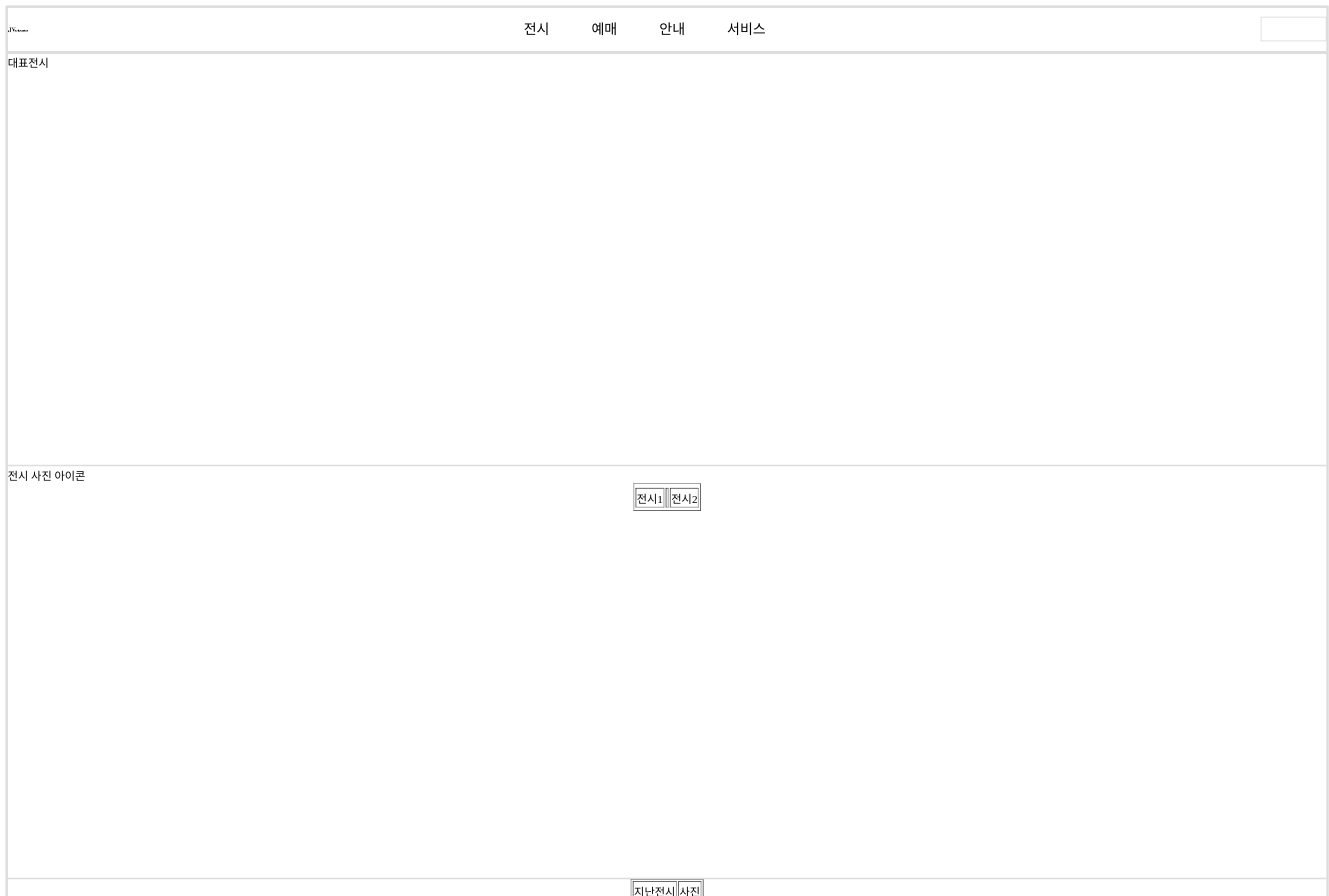
Repository: pshysd/SEMI_PROJECT
Page: http://localhost/JVArtCenter/
An editor plug-in stored every save of this project. The page is shown before and after the next save, followed by the edit.
The browser window is 1280 px wide. The page is 1898 px wide, so the pictures cover 1898 px, including what lies to the right of the window. The pictures show the part of the page from y = 0 to 1280 px (the page is 3296 px tall), at 70% of full size.
The page is served by Tomcat 9. Nobody is signed in. The application's start-up code is not run. Other server files are loaded and not shown.

Above is the page before, as saved 2022-10-21 11:09:11.

### JVArtCenter/WebContent/index.jsp
<%@ page language="java" contentType="text/html; charset=UTF-8"
    pageEncoding="UTF-8"%>
<%
	String contextPath = request.getContextPath();
%>
<!DOCTYPE html>
<html>
<head>
<meta charset="UTF-8">
<title>JV Art Center</title>
<style>
      .wrap {
        width: 1890px;
        height: 3280px;
      }

      div {
        border: 1px solid lightgray;
        box-sizing: border-box;
      }

      #header {
        height: 2%;
      }

      #body {
        margin: 0;
        font-family: "Nanum Gothic Coding", monospace;
      }

      a {
        text-decoration: none;
        color: black;
      }

      #search,
      #user,
      #calender {
        padding: 10px 12px;
      }

      #navbar {
        display: flex;
        justify-content: space-between;
        align-items: center;
        box-sizing: border-box;
        height: 100%;
      }

      #navbar_menu a {
        display: block;
        line-height: 35px;
      }

      #navbar_icons {
        font-size: 20px;
        display: flex;
        padding: 5px 10px;
      }

      #navbar_menu {
        display: flex;
        list-style: none;
        padding-left: 0;
        font-size: large;
        position: relative;
      }

      #navbar_menu > li {
        padding: 5px 30px;
        font-size: 20px;
        position: static;
      }

      #navbar_logo {
        list-style: none;
        padding: 0px;
      }

      /* 서브메뉴를 담당하는 ul 태그에 대한 스타일 */
      #navbar_menu > li > ul {
        list-style-type: none;
        padding: 0px;
        display: none; /* 평소에는 안보여주다가 마우스가 올라가는 순간 보여지게끔 */
        position: absolute;
      }

      /* 메인메뉴에 마우스가 올라가는 순간 서브메뉴가 펼쳐져서 보이게끔 */
      #navbar_menu > li > a:hover + ul {
        display: block; /* 메인메뉴에만 마우스가 올라갔을때만 유지됨 */
        background-color: beige;
      }

      /* 서브메뉴에도 마우스가 올라갈 때 펼쳐진게 유지될 수 있게끔 */
      #navbar_menu > li > ul:hover {
        display: block;
        background-color: beige;
      }

      /* 서브메뉴 글씨만 좀 더 작게 보이게끔 */
      #navbar_menu > li > ul a {
        font-size: 15px;
      }

      #navbar_menu > li > ul a:hover {
        font-size: 18px;
      }

      #content {
        height: 90%;
      }

      #main-content1,
      #main-content2,
      #main-content3,
      #main-content4,
      #main-content5 {
        height: 20%;
      }

      #footer {
        height: 8%;
        background-color: black;
        color: white;
      }

      #footer > p {
        padding: 10px;
        box-sizing: border-box;
      }

      #footer_etc {
        padding: 10px;
      }

      #footer_etc a {
        text-decoration: none;
        color: white;
      }
    </style>
</head>
<body>
    <div class="wrap">
      <div id="header">
        <!--헤더영역-->

        <div id="navbar">
          <ul id="navbar_logo">
            <li>
              <a href=""><img src="resources/image/logo.png" width="30px"></a>
            </li>
          </ul>

          <ul id="navbar_menu">
            <li>
              <a href="">전시</a>
              <ul>
                <li><a href="">현재전시</a></li>
                <li><a href="">지난전시</a></li>
                <li><a href="">오픈예정</a></li>
              </ul>
            </li>
            <li>
              <a href="<%= contextPath %>/step1.rsv">예매</a>
              <ul>
                <li><a href="">전시예매</a></li>
              </ul>
            </li>
            <li>
              <a href="">안내</a>
              <ul>
                <li><a href="">JV소개</a></li>
                <li><a href="">전시관 안내</a></li>
              </ul>
            </li>
            <li>
              <a href="">서비스</a>
              <ul>
                <li><a href="">공지사항</a></li>
                <li><a href="">FAQ</a></li>
                <li><a href="">1:1문의</a></li>
                <li><a href="">뉴스레터</a></li>
              </ul>
            </li>
          </ul>
          <div id="navbar_icons">
            <a href=""
              ><i id="search" class="fa-solid fa-magnifying-glass"></i
            ></a>
            <a href=""
              ><i id="calender" class="fa-regular fa-calendar-days"></i
            ></a>
            <a href=""><i id="user" class="fa-regular fa-user"></i></a>
          </div>
        </div>
      </div>

      <div id="content">
        <div id="main-content1">대표전시</div>

        <div id="main-content2">
          <table border="1" style="margin: auto">
            <tr id="table2">
              전시
            </tr>
            <tr></tr>
            <tr id="table3">
              사진
              <td>전시1</td>
              <td></td>
              <td>전시2</td>
            </tr>
            <tr table="table4">
              아이콘
            </tr>
          </table>
        </div>

        <div id="main-content3">
          <table border="1" style="margin: auto">
            <tr>
              <td>지난전시</td>
              <td>사진</td>
            </tr>
            <tr>
              <td>오픈예정</td>
              <td>사진</td>
            </tr>
          </table>
        </div>
        <div id="main-content4">
          <table border="1" style="margin: auto">
            <tr>
              <td colspan="3">뉴스레터</td>
            </tr>
            <tr>
              <td>사진</td>
              <td>왼쪽사진1</td>
              <td>왼쪽사진2</td>
            </tr>
            <tr>
              <td>제목</td>
              <td rowspan="2">사진3</td>
              <td rowspan="2">사진4</td>
            </tr>
            <tr>
              <td>내용</td>
            </tr>
          </table>
        </div>

        <div id="main-content5">
          <table border="1" style="margin: auto">
            <tr>
              <td>공간</td>
              <td>공지사항</td>
              <td>더보기</td>
            </tr>
            <tr>
              <td rowspan="2">공간내용</td>
              <td colspan="2">공지사항1</td>
            </tr>
            <tr>
              <td colspan="2">공지사항2</td>
            </tr>
            <tr>
              <td>더보기</td>
              <td colspan="2">공지사항3</td>
            </tr>
          </table>
        </div>
      </div>

      <div id="footer">
        <!--푸터-->
        <div id="footer_etc">
          <a href="">개인정보처리방침</a> |
          <a href="">이용약관</a>
        </div>
        <p>
            JV 아트센터<br />
            서울특별시 영등포구 선유동2로 57 이레빌딩(구관) 19F, 20F<br /><br />

            Tel 1544-9970<br />

            © 2022 KH Arts Center All right reserved.
        </p>
      </div>
    </div>
  </body>
</html>

After the next save:
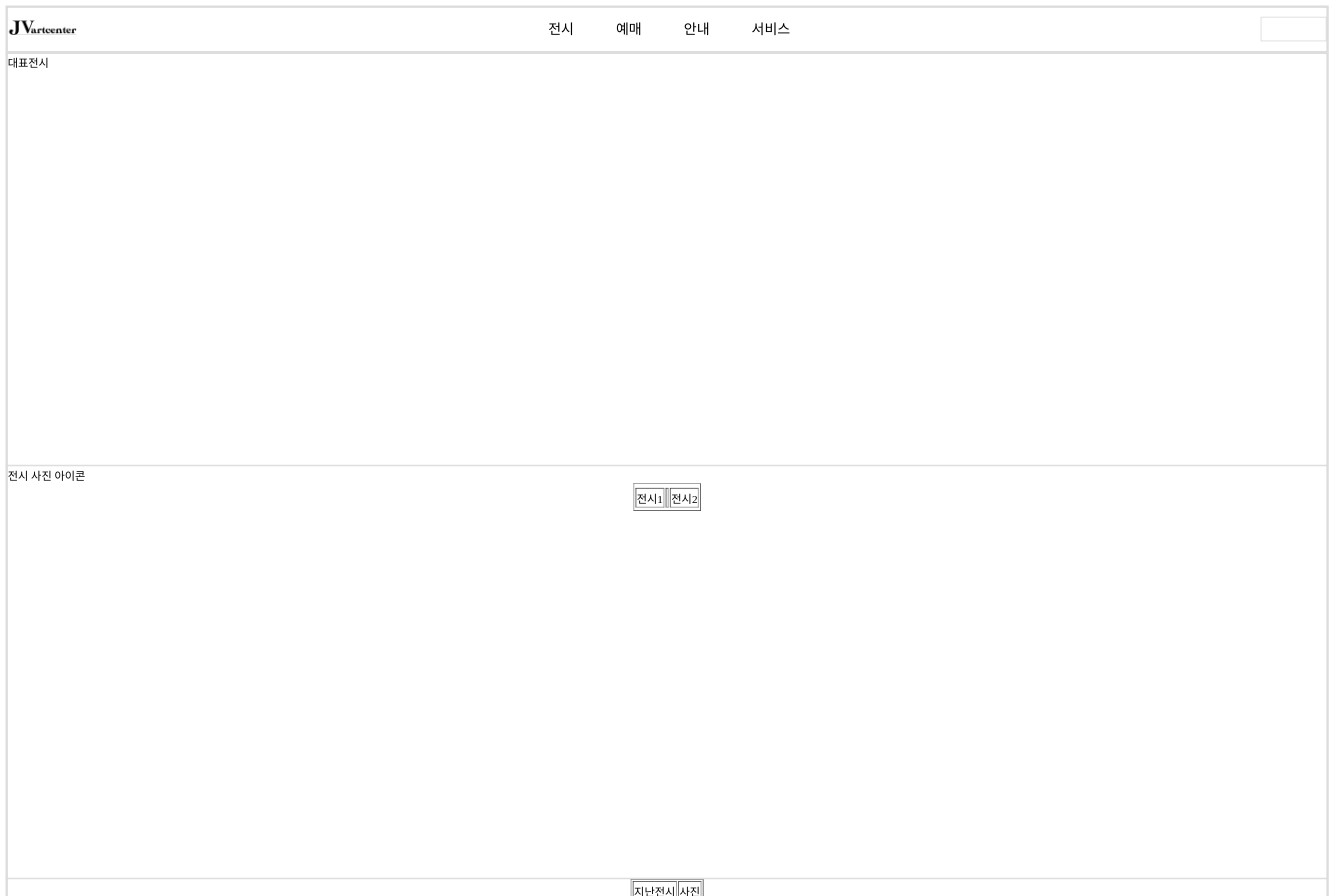
Saved 16 s later.
--- a/JVArtCenter/WebContent/index.jsp
+++ b/JVArtCenter/WebContent/index.jsp
@@ -147,7 +147,7 @@
         <div id="navbar">
           <ul id="navbar_logo">
             <li>
-              <a href=""><img src="resources/image/logo.png" width="30px"></a>
+              <a href=""><img src="resources/image/logo.png" width="100px"></a>
             </li>
           </ul>
 
